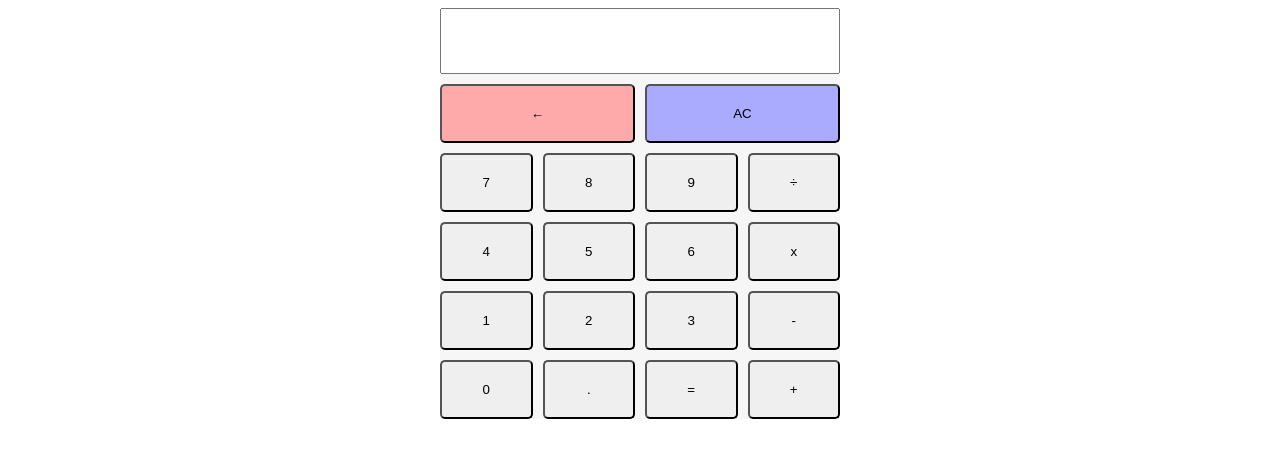
Repository: z1youRA/MyCalculator
Page: index.html
An editor plug-in stored every save of this project. The page is shown before and after the next save, followed by the edit.
The browser window is 1280 px wide. The pictures show the whole page.

Above is the page before, as saved 2021-12-19 17:51:42.

After the next save:
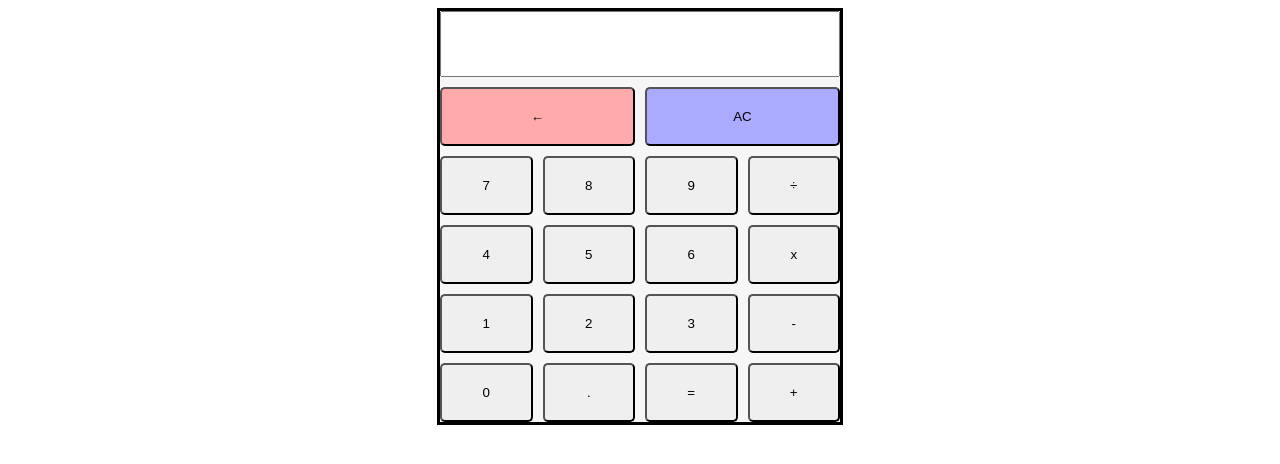
Saved 5 s later.
--- a/css/styles.css
+++ b/css/styles.css
@@ -24,7 +24,7 @@ body {
 
 .container {
     display: flex;
-    border: 1px;
+    border: solid;
     width: 400px;
     justify-content: center;
     flex-direction: column;
